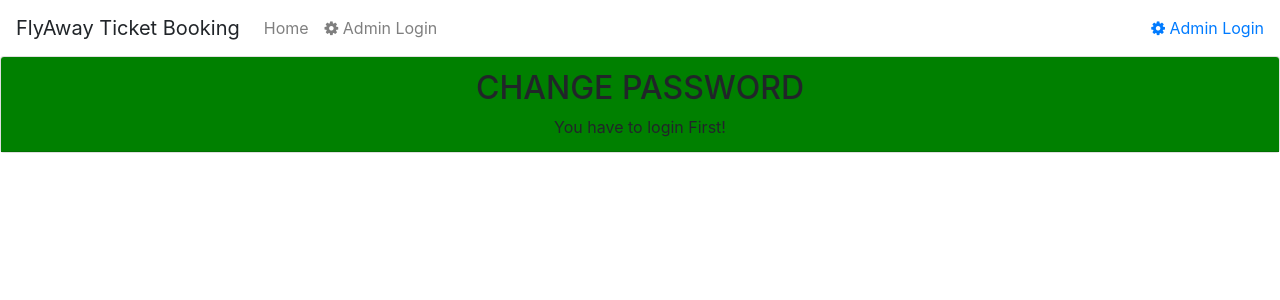
Repository: sayrabano/Phase2-project
Page: http://localhost/FlyAway/Changepassword.jsp
An editor plug-in stored every save of this project. The page is shown before and after the next save, followed by the edit.
The browser window is 1280 px wide. The pictures show the whole page.
The page is served by Tomcat 9.

Above is the page before, as saved 2021-09-24 19:40:14.

After the next save:
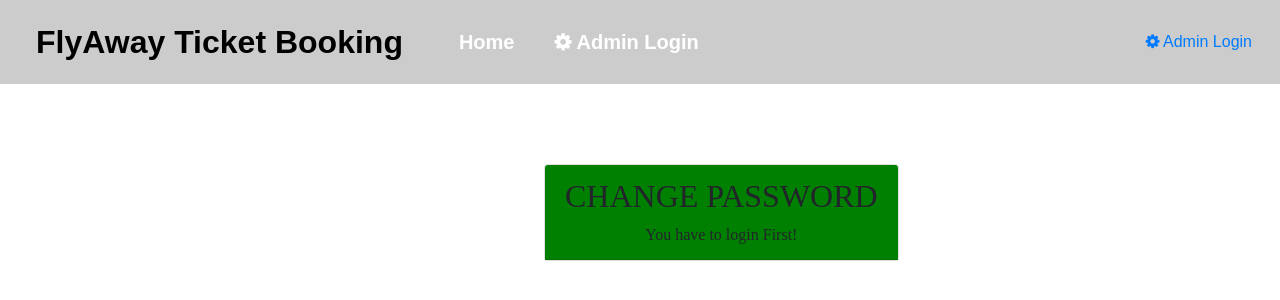
Saved 2 min 55 s later.
--- a/FlyAway/src/main/webapp/Changepassword.jsp
+++ b/FlyAway/src/main/webapp/Changepassword.jsp
@@ -23,8 +23,71 @@
 <link rel="stylesheet"
 	href="https://cdnjs.cloudflare.com/ajax/libs/font-awesome/4.7.0/css/font-awesome.min.css">
 <style>
+#navbar{
+background-color:rgba(0,0,0,.2);
+font-family:'Ubuntu', sans-serif;
+
+}
+
+
+#navbar ul li a{
+	color:white;
+
+	font-size:20px;
+	font-weight:bold;
+	padding:15px 20px;
+
+}
+#navbar ul li a:hover{
+	color:black;
+	background-color:white;
+	border-radius:18px;
+
+
+}
+
+
+#tag{
+	font-size:2rem;
+ color:black;
+ font-weight:bold;
+
+
+	float:right;
+	padding: 10px 20px;
+
+}
+#gear{
+	margin:2px;
+	padding:10px;
+
+
+
+}
+#gear a:hover{
+
+
+
+	background-color:white;
+}
+
+.span{
+	font-size:5rem;
+}
+
+.card{
+	position:absolute;
+
+	display:inline-block;
+
+	margin-left:34rem;
+	margin-top:5rem;
+
+	font-family: 'Baloo Bhai 2', cursive;
+}
 #head{
 	background-color:green;
+
 }
 </style>
 
